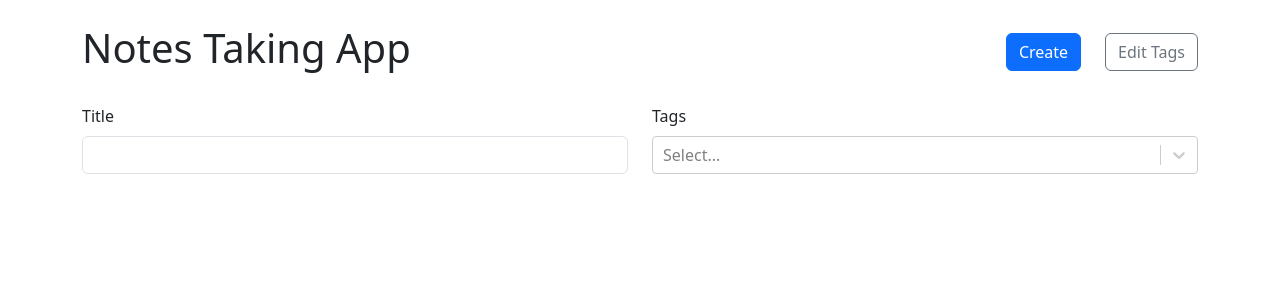
Repository: Hanqk97/Markdown_Note_Taking_App
Page: /
An editor plug-in stored every save of this project. The page is shown before and after the next save, followed by the edit.
The browser window is 1280 px wide. The pictures show the whole page.
The project was rebuilt for these pictures with package versions that can differ from the ones it lists, and the page was loaded fresh each time. Also part of the build but not shown: vite.config.ts, src/NoteForm.tsx, src/NewNote.tsx.

Above is the page before, as saved 2023-09-11 01:42:22.

After the next save:
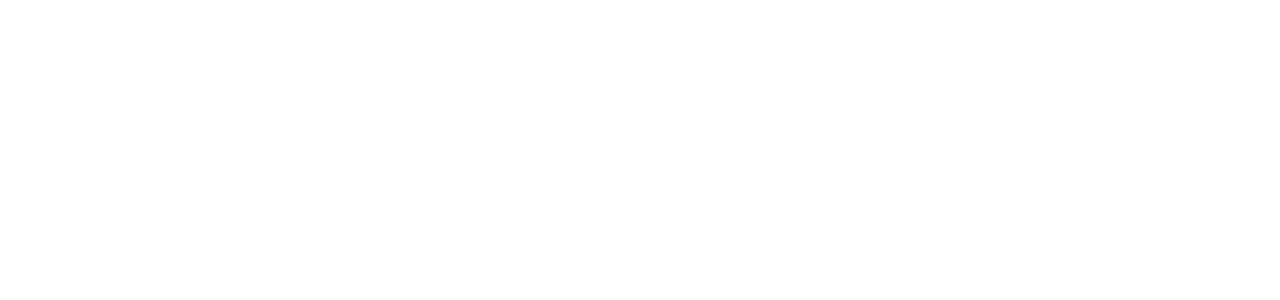
Console error: TypeError: Cannot read properties of undefined (reading 'filter')
Saved 22 min 10 s later.
--- a/src/NoteList.tsx
+++ b/src/NoteList.tsx
@@ -8,11 +8,19 @@
 
 type NoteListProps = {
     availableTags : Tag[]
+    notes : Note[]
 }
 
-export function NoteList({availableTags}: NoteListProps) {
+export function NoteList({availableTags, notes}: NoteListProps) {
     const [selectedTags, setSelectedTags] =  useState<Tag[]>([])
     const [title, setTitle] =  useState("")
+
+    const filteredNotes = useMemo(() => {
+        return notes.filter(note => {
+            return (title === "" || note.title.toLowerCase().includes(title.toLowerCase())) && (selectedTags.length === 0 || selectedTags.every(tag =>
+                note.tags.some(noteTag => noteTag.id === tag.id)))
+        })
+    }, [title, selectedTags, notes])
 
     return <>
         <Row className="align-items-center mb-4">
@@ -57,7 +65,11 @@
             </Row>
         </Form>
         <Row xs = {1} sm = {2} lg = {3} xl = {4} className="g-3">
-
+            {filteredNotes.map(note =>{
+                <Col key = {note.id}>
+                    <NoteCard id = {note.id} title = {note.title} tags={note.tags}/>
+                </Col>
+            })}
         </Row>
     </>
 }

After the 3 saves that followed:
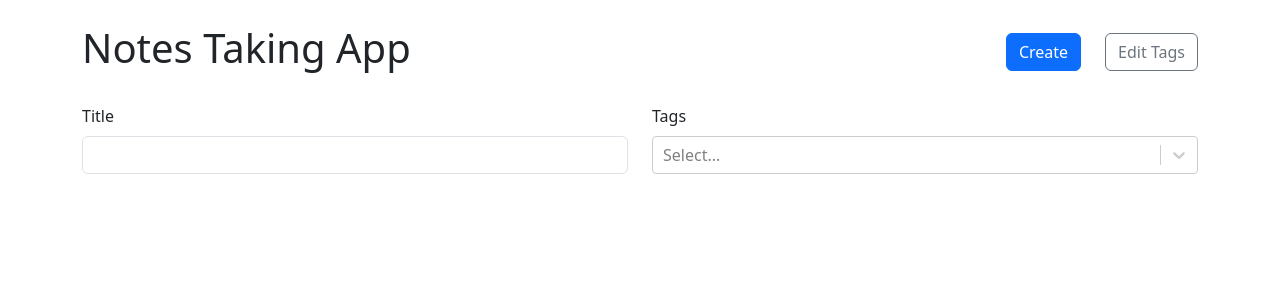
The error is gone.
The 3 saves are shown as one change because 2 left the picture as it was.
The last was saved 4 min 31 s later.
--- a/src/App.tsx
+++ b/src/App.tsx
@@ -62,7 +62,7 @@
     // Give more margin
     <Container className = "my-4">
       <Routes>
-        <Route path = "/"  element = {<NoteList availableTags={tags} />} />
+        <Route path = "/"  element = {<NoteList notes = {notes} availableTags={tags} />} />
         <Route path = "/new"  element = {<NewNote
         onSubmit = {onCreateNote}
         onAddTag = {addTag}
--- a/src/NoteList.tsx
+++ b/src/NoteList.tsx
@@ -6,9 +6,15 @@
 import { Tag } from "./App"
 import styles from "./NoteList.module.css"
 
+type SimplifiedNote = {
+    tags : Tag[]
+    title : string
+    id : string
+}
+
 type NoteListProps = {
     availableTags : Tag[]
-    notes : Note[]
+    notes : SimplifiedNote[]
 }
 
 export function NoteList({availableTags, notes}: NoteListProps) {
@@ -65,11 +71,15 @@
             </Row>
         </Form>
         <Row xs = {1} sm = {2} lg = {3} xl = {4} className="g-3">
-            {filteredNotes.map(note =>{
+            {filteredNotes.map(note => (
                 <Col key = {note.id}>
                     <NoteCard id = {note.id} title = {note.title} tags={note.tags}/>
                 </Col>
-            })}
+            ))}
         </Row>
     </>
 }
+
+function NoteCard({id, title, tags} : SimplifiedNote) {
+    return <h1>Hi</h1>
+}
